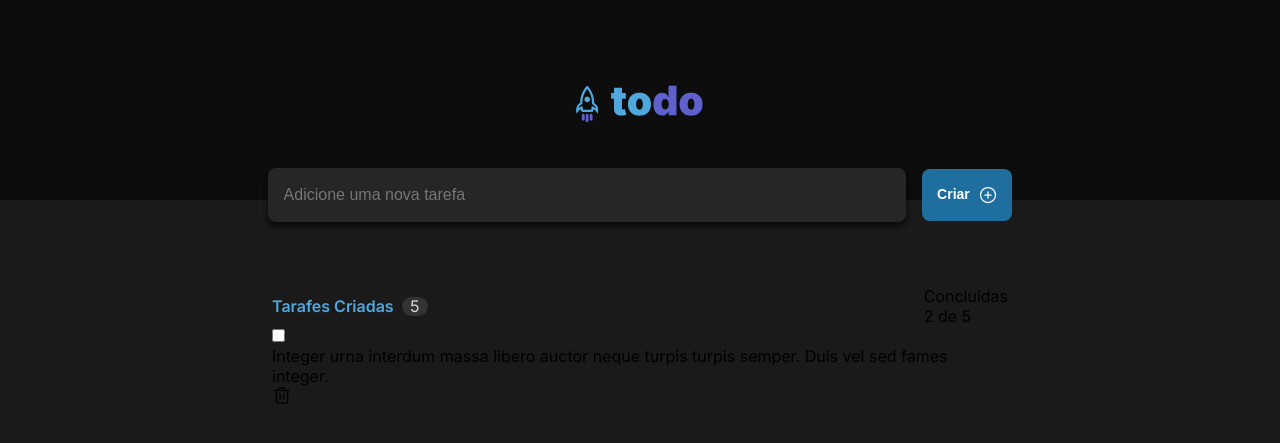
Repository: guilhermecardoso93/todolistreact
Page: /
An editor plug-in stored every save of this project. The page is shown before and after the next save, followed by the edit.
The browser window is 1280 px wide. The pictures show the whole page.
The project was rebuilt for these pictures with package versions that can differ from the ones it lists, and the page was loaded fresh each time. Also part of the build but not shown: vite.config.ts.

Above is the page before, as saved 2022-07-02 19:12:17.

### index.html
<!DOCTYPE html>
<html lang="en">
  <head>
    <meta charset="UTF-8" />
    <link rel="icon" type="image/svg+xml" href="/src/favicon.svg" />
    <link rel="preconnect" href="https://fonts.googleapis.com" />
    <link rel="preconnect" href="https://fonts.gstatic.com" crossorigin />
    <meta name="viewport" content="width=device-width, initial-scale=1.0" />
    <link
      href="https://fonts.googleapis.com/css2?family=Inter:wght@400;500;600&display=swap"
      rel="stylesheet"
    />
    <title>to do list</title>
  </head>
  <body>
    <div id="root"></div>
    <script type="module" src="/src/main.tsx"></script>
  </body>
</html>

### src/App.tsx
import "./global.css";
import { Header } from "./Header";
import { Tasks } from "./Tasks";

function App() {
  return (
    <>
      <Header />
      <div>
        <Tasks/>
      </div>
    </>
  );
}

export default App;

### src/global.css
:root {
  --white: #fff;

  --gray-100: #f2f2f2;
  --gray-100: #d9d9d9;
  --gray-300: #808080;
  --gray-400: #333333;
  --gray-500: #262626;
  --gray-600: #1a1a1a;
  --gray-700: #0d0d0d;

  --danger: #e25858;

  --purple: #828afa;
  --purple-dark: #5e60ce;

  --blue: #4ea8de;
  --blue-dark: #1e6f9f;
}

* {
  margin: 0;
  padding: 0;
  box-sizing: border-box;
}

body {
  -webkit-font-smoothing: antialiased;
  font-family: 'Inter', sans-serif;
  background: var(--gray-600);
}

### src/Header.tsx
import  Logo  from "./assets/logo.svg";

import styles from "./Header.module.css";

export function Header() {
  return (
    <header className={styles.header}>
      <img src={Logo} alt='logo' className={styles.logo}/>
    </header>
  );
}

### src/Tasks.tsx
import { Trash } from "phosphor-react";
import { TaskBar } from "./TasksBar";
import { TaskList } from "./TasksList";

import styles from "./Tasks.module.css";

export function Tasks() {
  return (
    <div className={styles.content}>
      <TaskBar />
      <div>
        <TaskList />
      </div>
    </div>
  );
}

### src/Header.module.css
.header {
  height: 12.5rem;
  background: var(--gray-700);
  display: flex;
  justify-content: center;
  align-items: center;
}

.logo {
  height: 4rem;
  width: 8rem;
}

### src/TasksBar.tsx
import { PlusCircle } from "phosphor-react";

import styles from "./TasksBar.module.css";

export function TaskBar() {
  return (
    <div className={styles.container}>
      <input type="text" placeholder="Adicione uma nova tarefa" />
      <button>
        {" "}
        Criar <PlusCircle size={20} />{" "}
      </button>
    </div>
  );
}

### src/TasksList.tsx
import { Trash } from "phosphor-react";

import styles from "./TasksList.module.css";

export function TaskList() {
  return (
    <div>
      <div className={styles.titles}>
        <div className={styles.titlesMake}>
          <p className={styles.titlesMakeTitle}>Tarafes Criadas</p>
          <p className={styles.titlesMakeTitleNumber}> 5 </p>
        </div>
        <div>
          <p>Concluídas</p>
          <p> 2 de 5 </p>
        </div>
      </div>

      <div>
        <div>
          <div>
            <input type="checkbox" />
          </div>
          <div>
            {" "}
            <p>
              Integer urna interdum massa libero auctor neque turpis turpis
              semper. Duis vel sed fames integer.{" "}
            </p>
          </div>
          <div>
            {" "}
            <Trash size={20} />{" "}
          </div>
        </div>
      </div>
    </div>
  );
}

### src/Tasks.module.css
.content {
  display: flex;
  flex-direction: column;
  align-items: center;
  justify-content: space-between;
  margin: auto;

  width: 736px;
  gap: 4rem;
}

### src/TasksBar.module.css
.container {
  display: flex;
  align-items: center;
  justify-content: center;
  margin-top: -2rem;
  gap: 1rem;
}

.container input {
  background-color: var(--gray-500);
  color: var(--gray-300);
  width: 39.93rem;
  padding: 1rem;

  font-style: normal;
  font-weight: 400;
  font-size: 1rem;
  line-height: 140%;

  border: 1px solid var(--grey-700);
  box-shadow: 0px 4px 4px rgba(0, 0, 0, 0.25), 0px 4px 4px rgba(0, 0, 0, 0.25),
    0px 4px 4px rgba(0, 0, 0, 0.25);
  border-radius: 8px;
}

.container button {
  background: var(--blue-dark);
  color: var(--white);
  gap: 0.5rem;
  display: flex;
  align-items: center;
  justify-content: center;
  border-radius: 8px;
  height: 3.25rem;
  width: 5.62rem;
  border: none;

  font-style: normal;
  font-weight: 700;
  font-size: 14px;
  line-height: 140%;
  cursor: pointer;

  transition: 0.2s;
}

.container button:hover {
  background: var(--blue);
}

### src/TasksList.module.css
.titles {
  display: flex;
  align-itens: center;
  justify-content: space-between;
}

.titlesMake {
  display: flex;
  flex-direction: row;
  justify-content: center;
  align-items: center;
  gap: 0.5rem;
}
.titlesMakeTitle {
  color: var(--blue);
  font-weight: bold;
}

.titlesMakeTitleNumber {
  display: flex;
  flex-direction: column;
  justify-content: center;
  align-items: center;
  width: 26px;
  height: 19px;
  background: #333333;
  border-radius: 999px;
  color: var(--gray-100);
}

Loaded but not shown: src/main.tsx (common file)

After the next save:
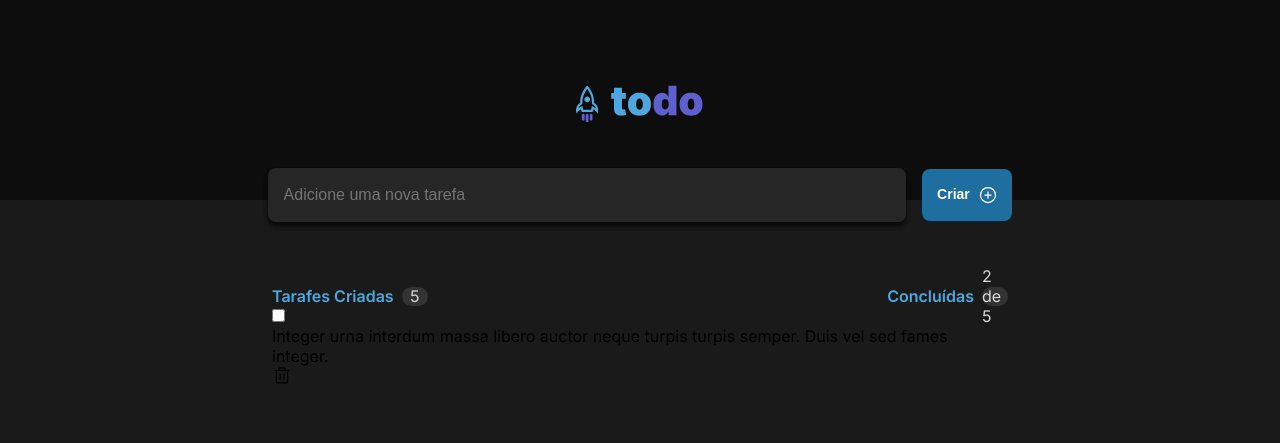
Saved 53 s later.
--- a/src/TasksList.tsx
+++ b/src/TasksList.tsx
@@ -10,9 +10,9 @@
           <p className={styles.titlesMakeTitle}>Tarafes Criadas</p>
           <p className={styles.titlesMakeTitleNumber}> 5 </p>
         </div>
-        <div>
-          <p>Concluídas</p>
-          <p> 2 de 5 </p>
+        <div className={styles.titlesMake}>
+          <p className={styles.titlesMakeTitle}>Concluídas</p>
+          <p className={styles.titlesMakeTitleNumber}> 2 de 5 </p>
         </div>
       </div>
 

After the save that followed:
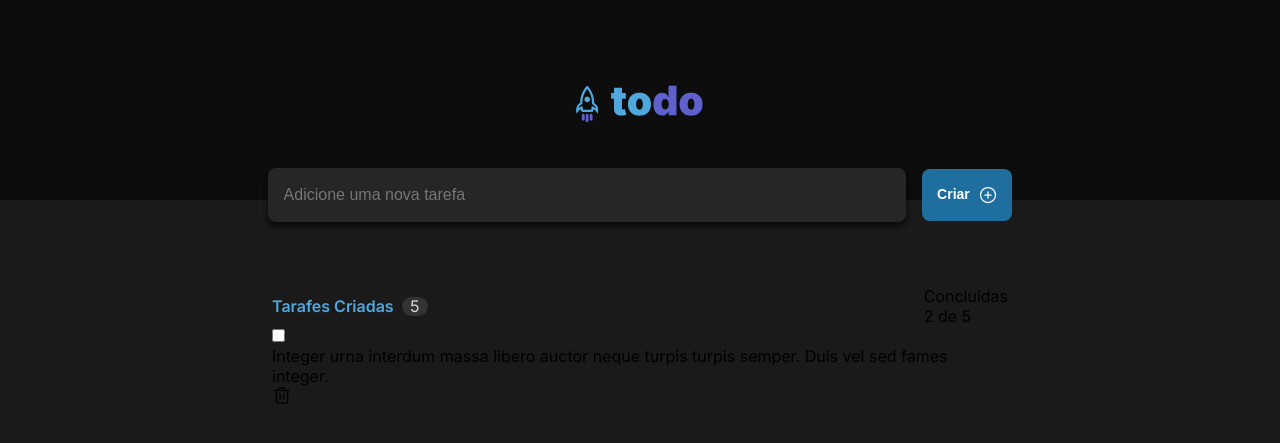
Saved 41 s later.
--- a/src/TasksList.tsx
+++ b/src/TasksList.tsx
@@ -10,9 +10,9 @@
           <p className={styles.titlesMakeTitle}>Tarafes Criadas</p>
           <p className={styles.titlesMakeTitleNumber}> 5 </p>
         </div>
-        <div className={styles.titlesMake}>
-          <p className={styles.titlesMakeTitle}>Concluídas</p>
-          <p className={styles.titlesMakeTitleNumber}> 2 de 5 </p>
+        <div className={styles.titlesDone}>
+          <p className={styles.titlesDoneTitle}>Concluídas</p>
+          <p className={styles.titlesDoneTitleNumber}> 2 de 5 </p>
         </div>
       </div>
 
